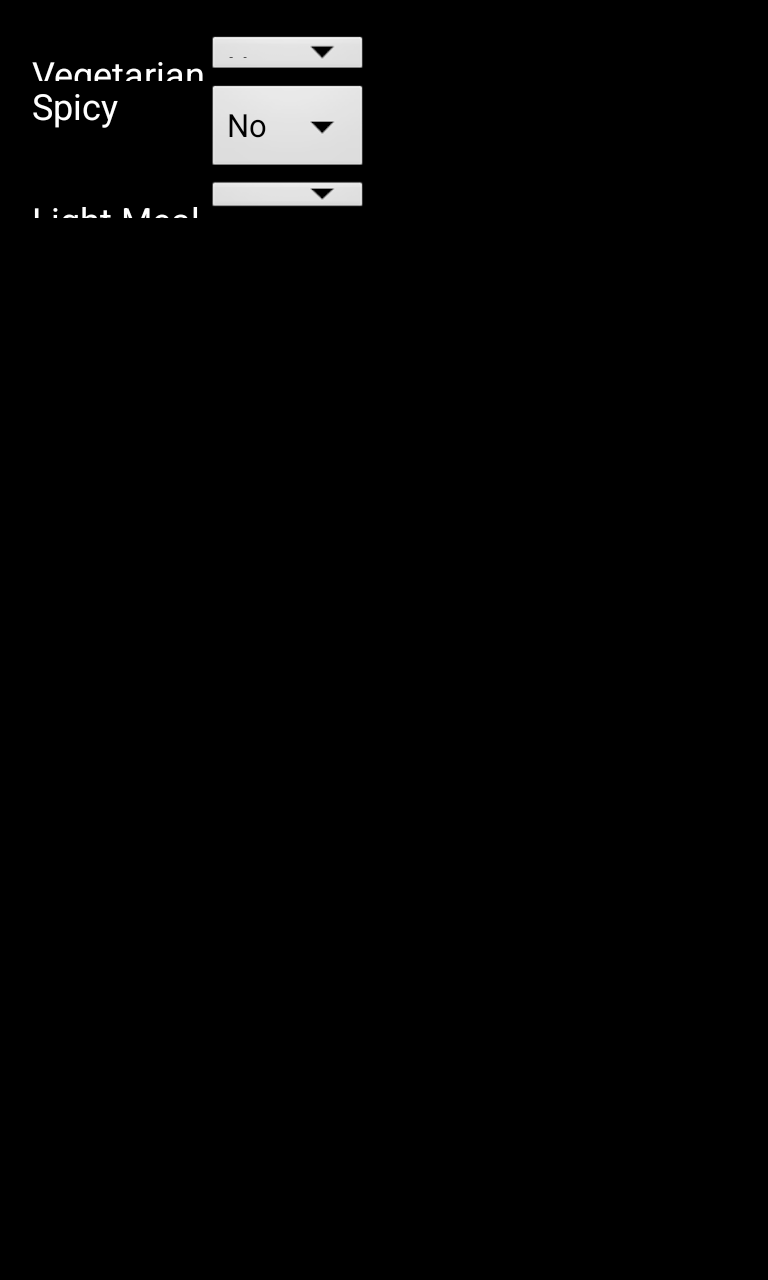
Repository: imhossu/FeedJulia
Layout: FeedJulia/res/layout/activity_survey.xml
The author's editor kept a copy of each file at every save. The layout is drawn from the files as they stood at one save, then again after the next save.
It is drawn on a 768 x 1280 px phone screen (xhdpi) without system bars, with theme android:Theme.NoTitleBar; the app's code is not run.

Above is the layout before, as saved 2014-01-26 02:06:50.

### FeedJulia/res/layout/activity_survey.xml
<LinearLayout xmlns:tools="http://schemas.android.com/tools"
    xmlns:android="http://schemas.android.com/apk/res/android"
    android:layout_width="match_parent"
    android:layout_height="match_parent"
    android:columnCount="1"
    android:paddingBottom="@dimen/activity_vertical_margin"
    android:paddingLeft="@dimen/activity_horizontal_margin"
    android:paddingRight="@dimen/activity_horizontal_margin"
    android:paddingTop="@dimen/activity_vertical_margin"
    tools:context=".Survey" >

    <TableLayout
        android:layout_width="match_parent"
        android:layout_height="match_parent"
        android:layout_column="0"
        android:layout_gravity="left|top"
        android:layout_row="0" >

        <TableRow
            android:id="@+id/tableRow1"
            android:layout_width="wrap_content"
            android:layout_height="wrap_content" >
        </TableRow>

        <TableRow
            android:id="@+id/tableRow2"
            android:layout_width="wrap_content"
            android:layout_height="wrap_content" >

            <TextView
                android:id="@+id/TextView01"
                android:layout_width="wrap_content"
                android:layout_height="wrap_content"
                android:text="Vegetarian"
                android:textAppearance="?android:attr/textAppearanceMedium" />

            <Spinner
                android:id="@+id/Spinner01"
                android:layout_width="match_parent"
                android:layout_height="fill_parent"
                android:entries="@array/options" />
        </TableRow>

        <TableRow
            android:id="@+id/tableRow3"
            android:layout_width="wrap_content"
            android:layout_height="fill_parent" >

            <TextView
                android:id="@+id/TextView02"
                android:layout_width="wrap_content"
                android:layout_height="fill_parent"
                android:text="Spicy"
                android:textAppearance="?android:attr/textAppearanceMedium" />

            <Spinner
                android:id="@+id/Spinner02"
                android:layout_width="match_parent"
                android:layout_height="match_parent"
                android:entries="@array/options" />
        </TableRow>

        <TableRow
            android:id="@+id/tableRow4"
            android:layout_width="wrap_content"
            android:layout_height="wrap_content" >

            <TextView
                android:id="@+id/textView3"
                android:layout_width="wrap_content"
                android:layout_height="20dip"
                android:text="Light Meal"
                android:textAppearance="?android:attr/textAppearanceMedium" />

            <Spinner
                android:id="@+id/spinner3"
                android:layout_width="match_parent"
                android:layout_height="match_parent"
                android:entries="@array/options" />
        </TableRow>
    </TableLayout>

</LinearLayout>

### FeedJulia/res/values/strings.xml
<?xml version="1.0" encoding="utf-8"?>
<resources>

    <string name="app_name">FeedJulia</string>
    <string name="action_settings">Settings</string>
    <string name="hello_world">Hello world!</string>
    <string name="title_activity_survey">Survey</string>

    <string-array name="options">
        <item>No</item>
        <item>Neutral</item>
        <item>Yes</item>
    </string-array>

</resources>

Loaded but not shown: FeedJulia/res/values/dimens.xml (common file)

After the next save:
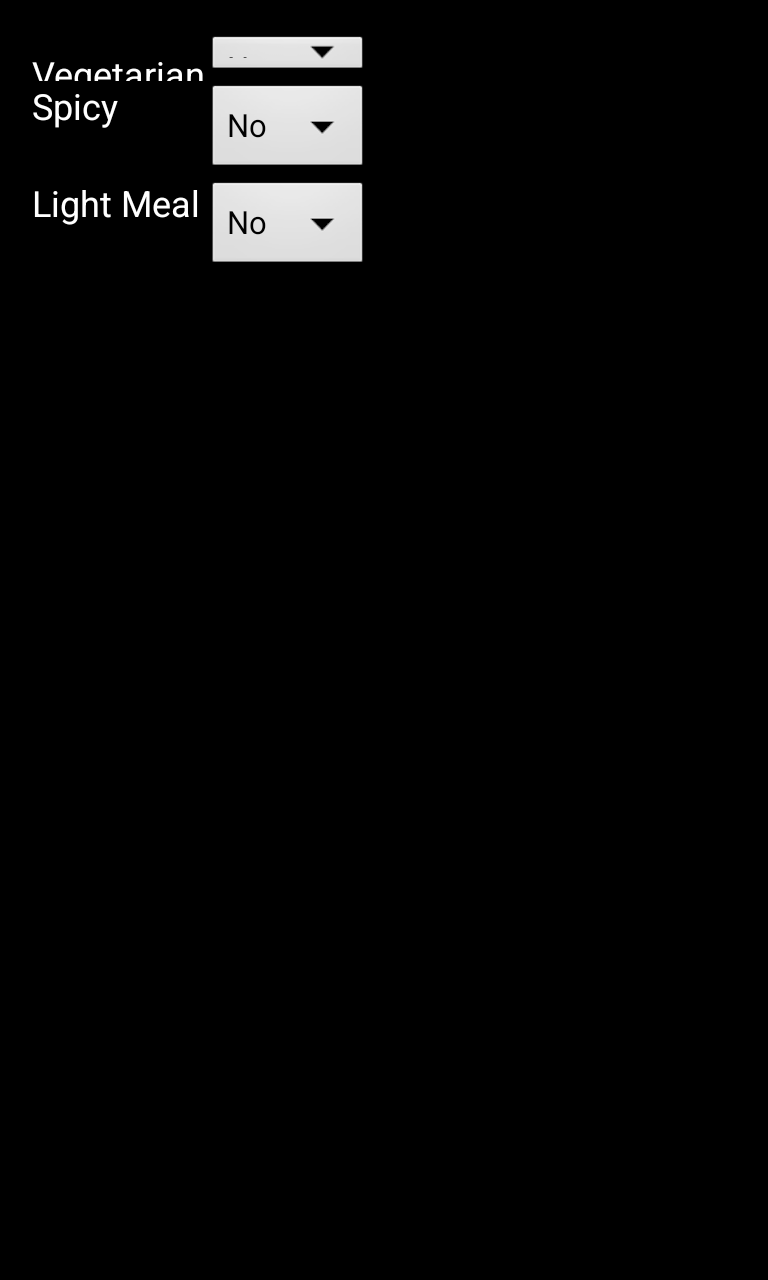
Saved 101 s later.
--- a/FeedJulia/res/layout/activity_survey.xml
+++ b/FeedJulia/res/layout/activity_survey.xml
@@ -63,12 +63,12 @@
         <TableRow
             android:id="@+id/tableRow4"
             android:layout_width="wrap_content"
-            android:layout_height="wrap_content" >
+            android:layout_height="fill_parent" >
 
             <TextView
                 android:id="@+id/textView3"
                 android:layout_width="wrap_content"
-                android:layout_height="20dip"
+                android:layout_height="match_parent"
                 android:text="Light Meal"
                 android:textAppearance="?android:attr/textAppearanceMedium" />
 
